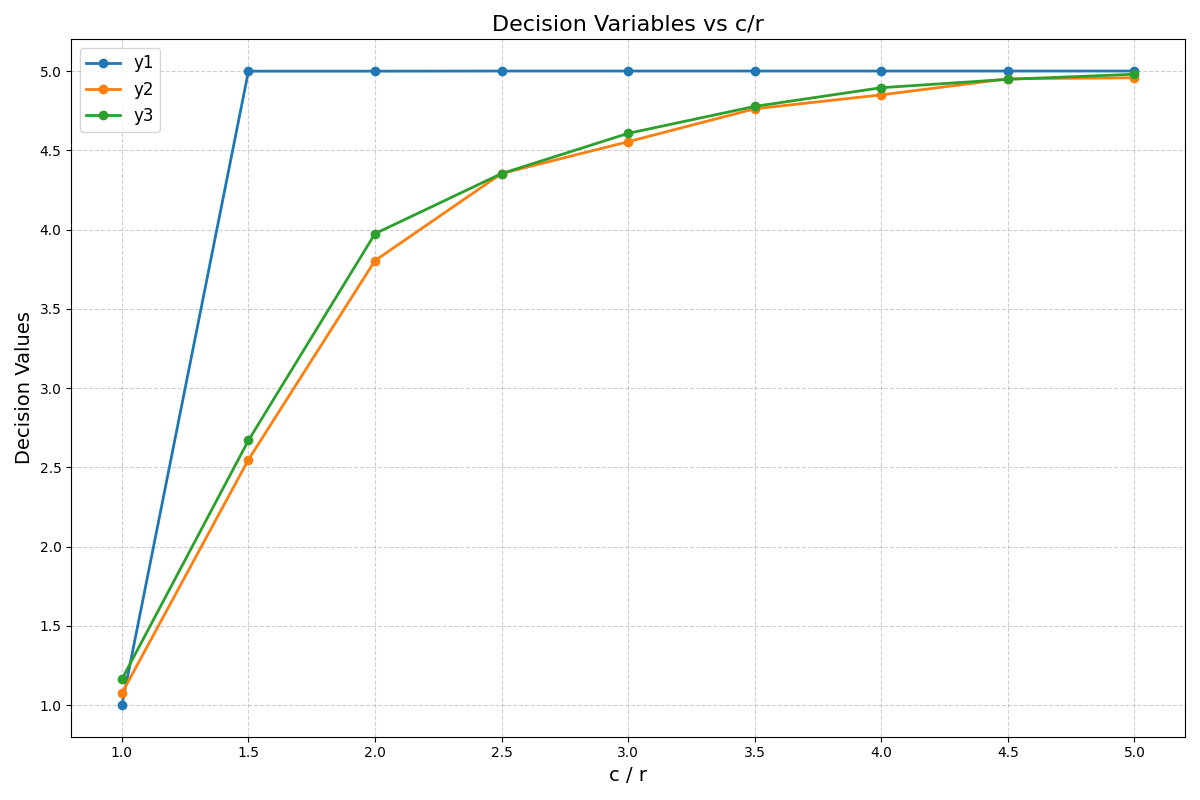
Repository: jhhhln/Research_code
Script's output: python multi_criteria/draw_cr.py
These files come from the project's save history. The script's output is drawn as it stood at one moment and after the next save; the edit follows.
Random numbers start from a fixed seed.

Above is the script's output before, as saved 2025-11-22 10:28:23.

### multi_criteria/draw_cr.py
import pandas as pd
import matplotlib.pyplot as plt


file_path = "cross_mub_1.csv"
df = pd.read_csv(file_path)

# df = df.sort_values(by="c/r")
# cr = df["c/r"]
df = df.sort_values(by="mu")
cr = df["mu"]

y_cols = ["y1", "y2", "y3"]
# x_cols = ["x1", "x2", "x3"]
# star_cols = ["y_star_norm", "y_star_uni"]

# ===== 4. 开始绘图 =====
plt.figure(figsize=(12, 8))

# y1,y2,y3
for col in y_cols:
    plt.plot(cr, df[col], marker='o', linewidth=2, label=col)

# # # # x1,x2,x3
# for col in x_cols:
#     plt.plot(cr, df[col], marker='s', linewidth=2, linestyle='--', label=col)

# y_star_norm, y_star_uni
# for col in star_cols:
#     plt.plot(cr, df[col], linewidth=3, linestyle='-', label=col)

# ===== 5. 图像格式 =====
plt.xlabel("c / r", fontsize=14)
plt.ylabel("Decision Values", fontsize=14)
plt.title("Decision Variables vs c/r", fontsize=16)

plt.legend(fontsize=12)
plt.grid(True, linestyle="--", alpha=0.6)
plt.tight_layout()

# ===== 6. 显示 =====
plt.show()

### multi_criteria/cross_mub_1.csv
c,r,mu,a,b,I,mu/b,y1,y2,y3,Z1_star,Z2_star,Z3_star,Z2_y1,Z3_y1,Z1_y2,Z3_y2,Z1_y3,Z2_y3,Z1_y2_over_Z1_star,Z1_y3_over_Z1_star,Z2_star_over_Z2_y1,Z2_star_over_Z2_y3,Z3_y1_over_Z3_star,Z3_y2_over_Z3_star,min_y2,min_y3,min_y1
0.1,1,1.0,1,5,1,0.2,1.000321242875886,1.0746307373187023,1.1628821693075324,0.9001684078353888,-0.0060319772124022,0.998046875,-0.0023640129401658,0.99993896484375,0.8925353750249063,0.99285888671875,0.8836956179862208,0.0162142173540988,0.991520439126677,0.9817003243995424,1.0,1.0,1.0018957925636007,0.9948018590998045,0.991520439126677,0.9817003243995424,1.0
0.1,1,1.5,1,5,1,0.3,4.999196726513711,2.548450745599852,2.6696535300792363,1.000031670394827,0.096453804744586,0.919921875,0.3462413850428253,0.74444580078125,0.9387130016210464,0.911865234375,0.9417426615479156,0.1155599385131506,0.9386832731511682,0.94171283713055,0.2785738762356671,0.8346647288464042,0.8092489384288747,0.9912420382165604,0.9386832731511682,0.8346647288464042,0.2785738762356671
0.1,1,2.0,1,5,1,0.4,4.999192520936052,3.8040778623152094,3.9739615595195454,1.5000048243592472,0.1717262774751913,0.8935546875,0.2988338271007841,0.833740234375,1.3205957573202118,0.88153076171875,1.3460820833028415,0.1866084376207957,0.8803943399877577,0.897385169329601,0.5746547475606745,0.9202492645276512,0.9330601092896176,0.9865437158469944,0.8803943399877577,0.897385169329601,0.5746547475606745
0.1,1,2.5,1,5,1,0.5,5.0,4.353442948951679,4.353134879524737,1.9999896727509163,0.1768377045742791,0.9208984375,0.2482980422773306,0.889404296875,1.8221066216074628,0.9154052734375,1.8220213310104976,0.1751032080564566,0.9110580151652576,0.9110153696465696,0.7121993510394433,1.0099055667630217,0.9658006362672322,0.994034994697773,0.9110580151652576,0.9110153696465696,0.7121993510394433
0.1,1,3.0,1,5,1,0.6,5.0,4.55417527999327,4.606776287440765,2.4999916628332675,0.1566743247988371,0.943359375,0.2004317238632817,0.9267578125,2.321495839122189,0.9298095703125,2.3427214704115724,0.1589971990424508,0.9286014324108636,0.9370917132405716,0.7816842652399061,0.9853904706648732,0.9824016563146998,0.9856366459627328,0.9286014324108636,0.9370917132405716,0.7816842652399061
0.1,1,3.5,1,5,1,0.7,5.0,4.761678249177315,4.776840447207011,2.999992718136141,0.1189521912335123,0.9599609375,0.1499914969722455,0.952880859375,2.874889918626332,0.95989990234375,2.882760480684329,0.1252659410237871,0.9582989656096452,0.9609224926637,0.7930595642733219,0.949597234981248,0.9926246185147508,0.9999364191251272,0.9582989656096452,0.949597234981248,0.7930595642733219
0.1,1,4.0,1,5,1,0.8,5.0,4.849646679548867,4.894769804626854,3.499992809479345,0.0822634985368744,0.9765625,0.1000255001408202,0.97235107421875,3.401942640819132,0.9747314453125,3.431595098770298,0.0894859892490635,0.9719856085433504,0.980457756792014,0.8224252657678323,0.9192891448952196,0.9956875,0.998125,0.9719856085433504,0.9192891448952196,0.8224252657678323
0.1,1,4.5,1,5,1,0.9,5.0,4.95113681595693,4.947608973386807,3.999991933635391,0.0413460816776341,0.9892578125,0.0499948919665114,0.98773193359375,3.9621626559511545,0.98883056640625,3.959431211128159,0.0446218095066945,0.9905426615073558,0.9898597989245522,0.8270061210519143,0.9265890858018891,0.9984575518262586,0.9995681145113524,0.9905426615073558,0.9265890858018891,0.8270061210519143
0.1,1,5.0,1,5,1,1.0,5.0,4.957426405161619,4.979883605729464,4.499990032535561,-0.0254803444223643,0.9990234375,-0.0048495397788608,0.99993896484375,4.461606439676606,0.99261474609375,4.481632208340917,0.0143043514495353,0.991470293804778,0.9959204744761844,1.0,1.0,1.00091642228739,0.9935850439882696,0.991470293804778,0.9959204744761844,1.0

### multi_criteria/cross_mub_2.csv
c,r,mu,a,b,I,mu/b,y1,y2,y3,Z1_star,Z2_star,Z3_star,Z2_y1,Z3_y1,Z1_y2,Z3_y2,Z1_y3,Z2_y3,Z1_y2_over_Z1_star,Z1_y3_over_Z1_star,Z2_star_over_Z2_y1,Z2_star_over_Z2_y3,Z3_y1_over_Z3_star,Z3_y2_over_Z3_star
0.3,1,1.0,1,5,1,0.2,1.0003095213193078,1.012331552575675,1.0266836606163274,0.7001036831660729,-0.021963577174378,0.998046875,-0.0050817123862136,0.99993896484375,0.696296167363988,0.99822998046875,0.6918766777489458,0.0001629223918619,0.9945614972558549,0.9882488756809247,4.32208190962636,-134.81005847861152,1.0018957925636007,1.0001834637964775
0.3,1,1.5,1,5,1,0.3,1.0003239459198612,1.539676097368622,1.5316812572213516,0.7001182610589681,0.0911221299906059,0.8935546875,0.3481689906670517,0.6673583984375,0.6055640381054408,0.869384765625,0.6069685142915034,0.0946950411594034,0.8649453553596663,0.8669514109993782,0.26171810940436246,0.9622692896581237,0.7468579234972678,0.9729508196721312
0.3,1,2.0,1,5,1,0.4,1.0002984746845631,2.333181781209833,2.35904298197864,0.7001316168221727,0.1335504909195449,0.8701171875,0.6990770993189667,0.50042724609375,0.633342323994033,0.87109375,0.6320500539442256,0.1384582640873103,0.9046046611474431,0.9027589081222149,0.19103828611986912,0.9645541333331278,0.5751262626262627,1.001122334455668
0.3,1,2.5,1,5,1,0.5,4.999337261126751,3.11902422753503,3.135270807219242,0.9999501029979104,0.1801435433626336,0.859375,0.7471054630963974,0.57421875,0.858922965365539,0.84552001953125,0.8601412499124613,0.1911873279377375,0.8589658251851131,0.8601841705238154,0.24112197308265446,0.9422357920149371,0.6681818181818182,0.9838778409090909
0.3,1,3.0,1,5,1,0.6,4.999335423065824,3.786678779846324,3.927191388553624,1.4998662849879347,0.2348828642775001,0.8681640625,0.5997352348433589,0.71588134765625,1.257312345822677,0.839111328125,1.2854159934421474,0.2778637244080993,0.8382829578923371,0.8570203932895842,0.3916442633870723,0.8453167637403683,0.8245922384701913,0.9665354330708661
0.3,1,3.5,1,5,1,0.7,4.999333729239841,4.294500900638522,4.362499672455802,1.9997823194539968,0.2265863250746175,0.8994140625,0.4441250986348648,0.8173828125,1.7708152405376418,0.88592529296875,1.7930745823387424,0.2558501958064628,0.8855039987657906,0.8966348811546189,0.5101858142471347,0.8856210735363992,0.9087947882736156,0.9850027144408252
0.3,1,4.0,1,5,1,0.8,4.999332620271504,4.599288935456634,4.639320225002103,2.500039997010244,0.1723596144906531,0.935546875,0.2981926083540014,0.89501953125,2.31966905659768,0.9290771484375,2.337724476327504,0.1909338285127608,0.9278527781042438,0.9350748304519726,0.5780143761512532,0.902719103436056,0.9566805845511482,0.9930845511482255
0.3,1,4.5,1,5,1,0.9,4.999330204080324,4.80576306037632,4.825161822956504,3.0000137968995366,0.0855675185477842,0.970703125,0.15015434044088,0.953125,2.8883323326880888,0.96331787109375,2.899477164650801,0.0964293568319263,0.9627730164685013,0.9664879433712477,0.5698637701483864,0.8873596315375827,0.9818913480885312,0.9923918511066399
0.3,1,5.0,1,5,1,1.0,5.0,4.934980448541668,4.991467187105161,3.499990062101067,0.0137025764627658,0.9990234375,-0.0017036429001144,0.99993896484375,3.454095139729711,0.98944091796875,3.4940480850928104,-0.0097076025905078,0.9868871278040702,0.9983022874628709,-8.043103670285404,-1.41153043040352,1.00091642228739,0.9904081133919843

After the next save:
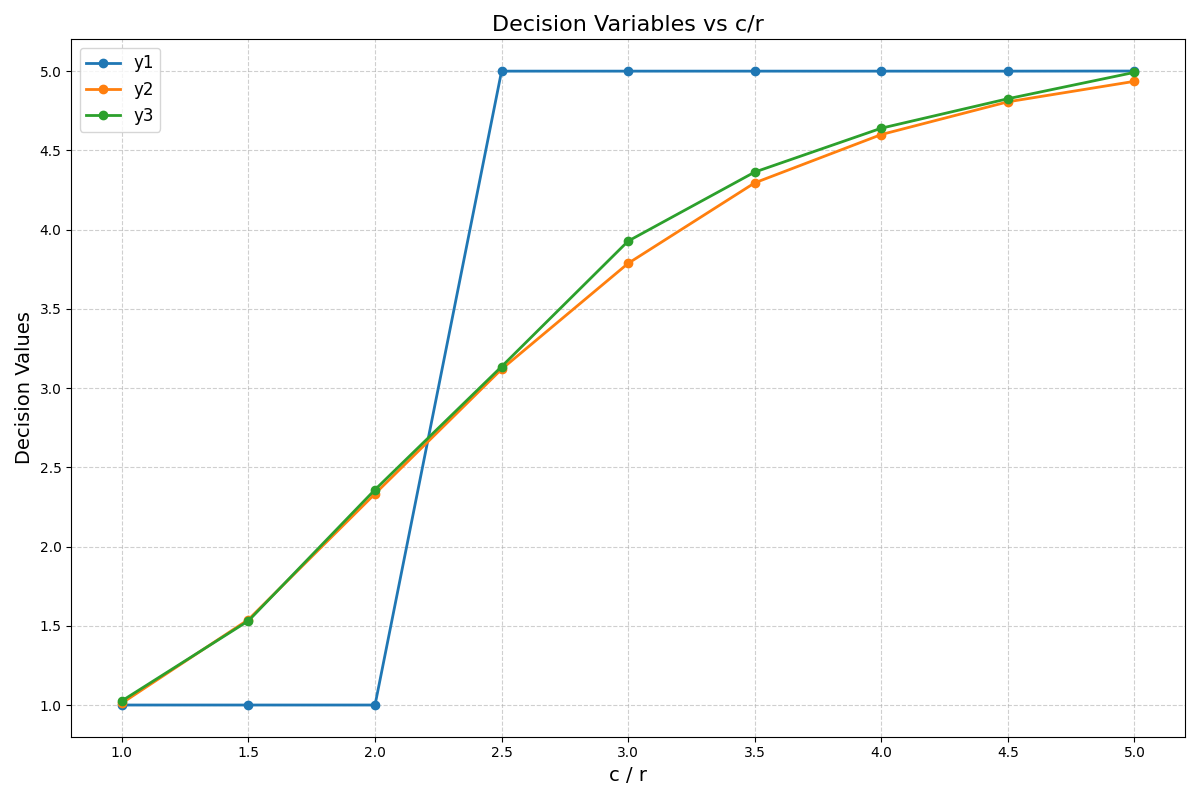
Saved 7 min 25 s later.
--- a/multi_criteria/draw_cr.py
+++ b/multi_criteria/draw_cr.py
@@ -2,7 +2,7 @@ import pandas as pd
 import matplotlib.pyplot as plt
 
 
-file_path = "cross_mub_1.csv"
+file_path = "cross_mub_2.csv"
 df = pd.read_csv(file_path)
 
 # df = df.sort_values(by="c/r")
